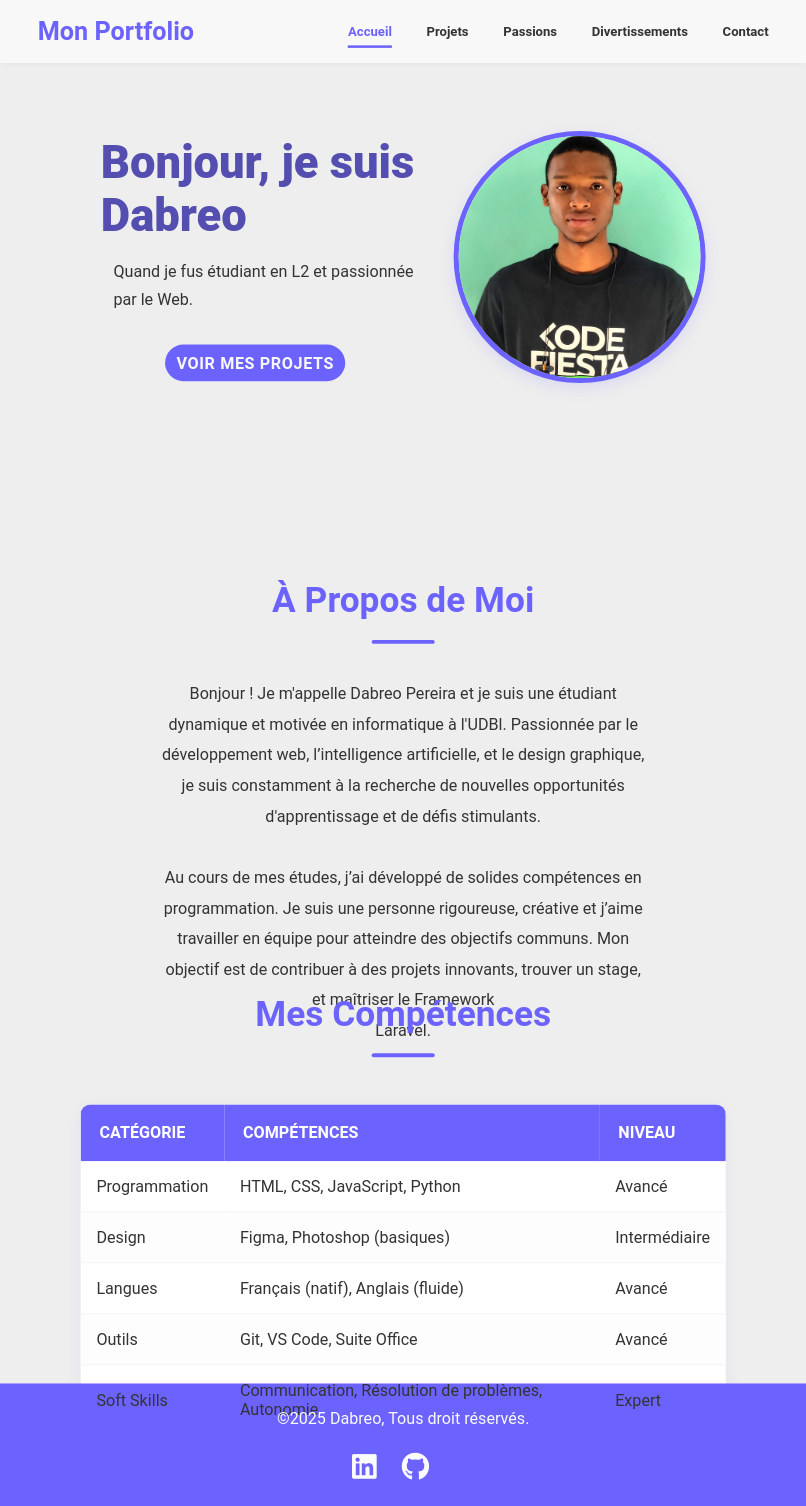
Repository: AnonymeDab/Mon_Porfolio
Page: index.html
An editor plug-in stored every save of this project. The page is shown before and after the next save, followed by the edit.
The browser window is 1280 px wide. The pictures show the whole page, at 63% of full size.

Above is the page before, as saved 2026-03-15 00:20:36.

### index.html
<!DOCTYPE html>
<html lang="fr">
<head>
    <meta charset="UTF-8">
    <title>Mon Portfolio</title>
    <link rel="stylesheet" href="style.css">
    <!-- FontAwesome pour les icônes réseaux sociaux -->
    <link rel="stylesheet" href="https://cdnjs.cloudflare.com/ajax/libs/font-awesome/6.4.2/css/all.min.css">
    <!-- <style>
        .mes_competences tbody tr {
            transition: background-color 0.3s ease, transform 0.2s ease;
        }

        .mes_competences tbody tr:hover {
            background-color: #f0f0f0;
            transform: translateY(-5px);
        }

        .mes_competences table td {
            background: transparent; /* <-- Important : laisse la couleur de fond à la ligne */
        }
    </style> -->
</head>
<body>
    <header>
        <h1>Mon Portfolio</h1>
        <nav>
            <ul class="lien_entete">
                <li><a href="index.html" class="active">Accueil</a></li>
                <li><a href="projets.html">Projets</a></li>
                <li><a href="passion.html">Passions</a></li>
                <li><a href="divertissements.html">Divertissements</a></li>
                <li><a href="contacts.html">Contact</a></li>
            </ul>
        </nav>
    </header>

    <section class="acceuil">
        <div class="contenue_acceuil">
            <h1>Bonjour, je suis Dabreo</h1>
            <p>Quand je fus étudiant en L2 et passionnée par le Web.</p>
            <div class="lien_entete">
                <a class="an" href="projets.html">VOIR MES PROJETS</a>
            </div>
        </div>
        <div class="image_acceuil">
            <img src="image/photo_retouchee_pro.png" alt="Image d'accueil">
        </div>

    </section>

    <section class="apropos">
        <h1>À Propos de Moi</h1>
        <p>Bonjour ! Je m'appelle Dabreo Pereira et je suis une étudiant
            dynamique et motivée en informatique à l'UDBl. Passionnée par
            le développement web, l’intelligence artificielle, et le design
            graphique, je suis constamment à la recherche de nouvelles opportunités
             d'apprentissage et de défis stimulants.<br><br>
            Au cours de mes études,
            j’ai développé de solides compétences
            en programmation. Je suis une personne rigoureuse,
            créative et j’aime travailler en équipe pour atteindre des
            objectifs communs. Mon objectif est de contribuer à des projets
            innovants, trouver un stage, et maîtriser le Framework <br> Laravel.</p>

    </section>

    <section class="mes_competences">
        <h1>Mes Compétences</h1>
        <table>
            <thead>
                <tr>
                    <th>CATÉGORIE</th>
                    <th>COMPÉTENCES</th>
                    <th>NIVEAU</th>
                </tr>
            </thead>
            <tbody>
                <tr>
                    <td>Programmation</td>
                    <td>HTML, CSS, JavaScript, Python</td>
                    <td>Avancé</td>
                </tr>
                <tr>
                    <td>Design</td>
                    <td>Figma, Photoshop (basiques)</td>
                    <td>Intermédiaire</td>
                </tr>
                <tr>
                    <td>Langues</td>
                    <td>Français (natif), Anglais (fluide)</td>
                    <td>Avancé</td>
                </tr>
                <tr>
                    <td>Outils</td>
                    <td>Git, VS Code, Suite Office</td>
                    <td>Avancé</td>
                </tr>
                <tr>
                    <td>Soft Skills</td>
                    <td>Communication, Résolution de problèmes, Autonomie</td>
                    <td>Expert</td>
                </tr>
            </tbody>

        </table>
    </section>

    <footer>
        ©2025 Dabreo, Tous droit réservés.
        <div class="lin_footer">
            <a href="https://www.linkedin.com/in/tonprofil" target="_blank">
                <i class="fab fa-linkedin fa-2x"></i>
            </a>
            <a href="https://github.com/tonprofil" target="_blank">
                <i class="fab fa-github fa-2x"></i>
            </a>
            <a href="https://twitter.com/tonprofil" target="_blank">
                <i class="fab fa-x-twitter fa-2x"></i>
            </a>
        </div>
    </footer>
</body>
</html>

### style.css
:root {
    --primary-color: #F8F8F8;
    --secondary-color: #6C63FF;
    --text-color: #333;
    --violet-fonce: #534EB0;
    --header-height: 100px;
    --footer-height: 120px;
    --gris-claire:#EEE;
    --gris-tres-claire:#F8F8F8;
    --orange-vif:#FFA726;
    --taille-ecrit:1.6rem;

}

* {
    margin: 0;
    padding: 0;
    box-sizing: border-box;
}

body {
    background: #EEE;
    font-family: 'Roboto', Arial, sans-serif;
    color: var(--text-color);
    min-height: 100vh;
}

/* ===== HEADER ===== */
header {
    width: 100%;
    height: var(--header-height);
    background: var(--primary-color);
    display: flex;
    align-items: center;
    justify-content: space-between;
    padding: 0 60px;
    box-shadow: 0 2px 10px rgba(0,0,0,0.05);
    position: sticky;
    top: 0;
    z-index: 1000;
}

header h1 {
    font-size: 2.5rem;
    color: var(--secondary-color);
    font-weight: bold;
}


.lien_entete {
    display: flex;
    gap: 30px;
    align-items: center;
    list-style: none;
}

ul li {
    margin-left: 25px;
}

.lien_entete a {
    color: var(--text-color);
    text-decoration: none;
    font-size: 1.3rem;
    font-weight: bold;
    padding: 10px 0;
    position: relative;
    /* border-bottom: 2px solid var(--secondary-color);
    border-bottom: 5px;*/
    transition: width 0.3s ease;
}


.lien_entete a:hover {
    color: var(--secondary-color);
    border-bottom: 4px solid var(--secondary-color);

}

.lien_entete a::after {
    width: 0;
    left: 0;
    bottom: 0;
    content: "";
    position: absolute;
    height: 2.5px;
    /* font-weight: bold; */
    background-color: var(--secondary-color);
    transition: width 0.3s ease;

}

.lien_entete a:hover a::after{
    width: 100%;
}

.lien_entete a.active {
    color: var(--secondary-color);
    border-bottom: 4px solid var(--secondary-color);


}

.lien_entete a.active a::after{
    width: 100%;
}


/* ===== ACCUEIL ===== */
.acceuil {
    width: 75%;
    height: 100vh;
    margin: -50px auto 150px auto;
    display: flex;
    align-items: center;
    justify-content: space-between;
    gap: 50px;
    min-height: 450px;
}

.contenue_acceuil {
    min-width: 40%;
    flex: 1;
    display: flex;
    flex-direction: column;
    justify-content: center;
}

.acceuil h1 {
    font-size: 4.5rem;
    color: var(--violet-fonce);
    font-weight: 800;
    margin-bottom: 25px;
}

.acceuil p {
    margin-left: 20px;
    font-size: var(--taille-ecrit);
    margin-bottom: 50px;
    line-height: 1.7;
}

.acceuil .an {
    background: var(--secondary-color);
    color: var(--primary-color);
    margin-left: 20%;
    display: inline-block;
    padding: 14px 18px;
    border-radius: 35px;
    font-weight: bold;
    font-size: 1.6rem;
    text-decoration: none;
    text-transform: uppercase;
    letter-spacing: 1px;
    cursor: pointer;
    /* box-shadow: 0 5px 20px rgba(108, 99, 255, 0.15); */
    transition: background-color 0.3s ease, transform 0.2s ease;
    width: fit-content;
    /* margin-top: 0.1rem; */
}
.acceuil .an:hover {
    background: var(--secondary-color);
    color: var(--primary-color);
    transform: translateY(-5px);
}

/* .acceuil .an:hover {
    background: var(--violet-fonce);
} */

.acceuil img {
    width: 400px;
    height: 400px;
    object-fit: cover;
    border-radius: 50%;
    border: 8px solid var(--secondary-color);
    box-shadow: 0 8px 24px rgba(108, 99, 255, 0.15);
}

/* ===== À PROPOS ===== */
.apropos {
    width: 60%;
    height: 80vh;
    margin: 80px auto;
    text-align: center;
}

.apropos h1 {
    font-size: 3.5rem;
    color: var(--secondary-color);
    margin-bottom: 20px;
    position: relative;
    padding-bottom: 15px;
}

.apropos h1::after {
    content: "";
    display: block;
    width: 100px;
    height: 6px;
    background: var(--secondary-color);
    margin: 30px auto 20px auto;
    border-radius: 4px;
}

.apropos p {
    font-size: var(--taille-ecrit);
    line-height: 1.9;
    margin-top: 20px;
}

/* ===== COMPÉTENCES ===== */
.mes_competences {
    width: 80%;
    height:75vh;
    margin: 80px auto;
    text-align: center;
}

.mes_competences h1 {
    font-size: 3.5rem;
    color: var(--secondary-color);
    margin-bottom: 15px;
    position: relative;
    padding-bottom: 25px;
}

.mes_competences h1::after {
    content: "";
    display: block;
    width: 100px;
    height: 6px;
    background: var(--secondary-color);
    margin: 30px auto 20px auto;
    border-radius: 4px;
}

.mes_competences table {
    width: 100%;
    border-collapse: collapse;
    margin-top: 30px;
    background: #fff;
    border-radius: 16px;
    overflow: hidden;
    box-shadow: 0 8px 24px rgba(108, 99, 255, 0.08);
    font-size: var(--taille-ecrit);
}

.mes_competences table th {
    background: var(--secondary-color);
    color: white;
    font-weight: 700;
    padding: 30px;
    text-align: left;
}

.mes_competences table td {
    padding: 25px;
    text-align: left;
    background: transparent; /* <-- Important : laisse la couleur de fond à la ligne */
    color: var(--text-color);
    border-bottom: 1.5px solid var(--gris-claire);
}

.mes_competences tbody tr:nth-child(even){
    background-color: #fdfdfd;
}

.mes_competences tbody tr{
    transition: background-color 0.3s ease, transform 0.2s ease;
}

.mes_competences tbody tr:hover{
    background-color: #f0f0f0;
    transform: translateY(-5px);
}

/* .mes_competences table tr:nth-child(4) td {
    border-bottom: none;
}

.mes_competences table tr:last-child td {
    border-bottom: none;
} */

/* ===== FOOTER ===== */
footer {
    width: 100%;
    background: var(--secondary-color);
    color: #fafbfd;
    display: flex;
    flex-direction: column;
    align-items: center;
    justify-content: center;
    padding: 40px 40px;
    font-size: var(--taille-ecrit);
    margin-top: 80px;
}

footer .lin_footer {
    display: flex;
    gap: 40px;
    margin-top: 40px;
}

footer .lin_footer a {
    color: #fafbfd;
    text-decoration: none;
    font-size: 1.4rem;
    transition: color 0.2s ease;
    transition: background-color 0.3s ease, transform 0.2s ease;

}

footer .lin_footer a:hover {
    color: var(--orange-vif);
    transform: translateY(-3px);
}

/* ===== RESPONSIVE ===== */
@media (max-width: 1100px) {
    .acceuil {
        flex-direction: column;
        text-align: center;
    }

    .acceuil img {
        margin-top: 30px;
    }

    .apropos, .mes_competences {
        width: 90%;
    }

    .mes_competences table {
        font-size: 1rem;
    }
}

After the next save:
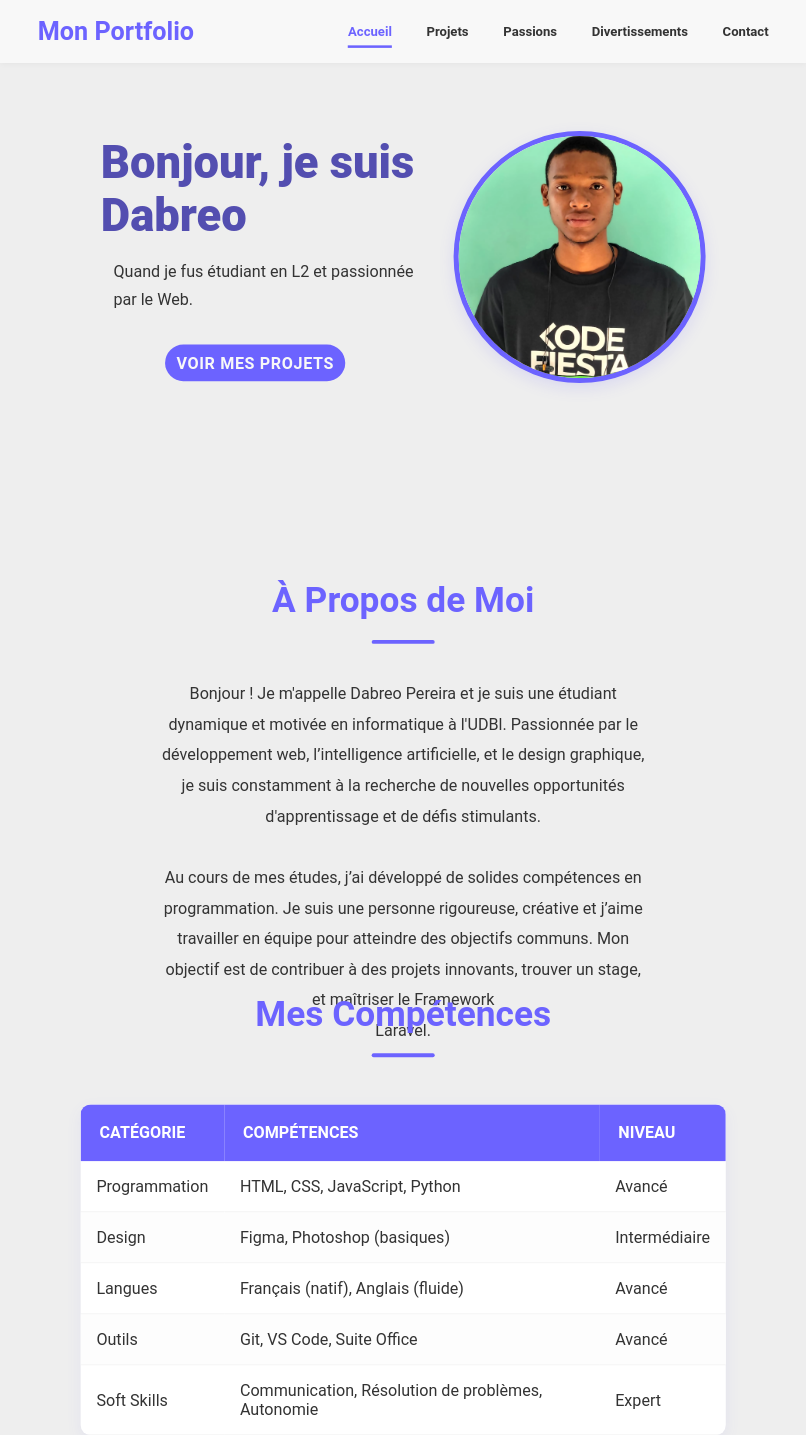
Saved 16 s later.
--- a/index.html
+++ b/index.html
@@ -106,19 +106,6 @@
         </table>
     </section>
 
-    <footer>
-        ©2025 Dabreo, Tous droit réservés.
-        <div class="lin_footer">
-            <a href="https://www.linkedin.com/in/tonprofil" target="_blank">
-                <i class="fab fa-linkedin fa-2x"></i>
-            </a>
-            <a href="https://github.com/tonprofil" target="_blank">
-                <i class="fab fa-github fa-2x"></i>
-            </a>
-            <a href="https://twitter.com/tonprofil" target="_blank">
-                <i class="fab fa-x-twitter fa-2x"></i>
-            </a>
-        </div>
-    </footer>
+
 </body>
 </html>

After the save that followed:
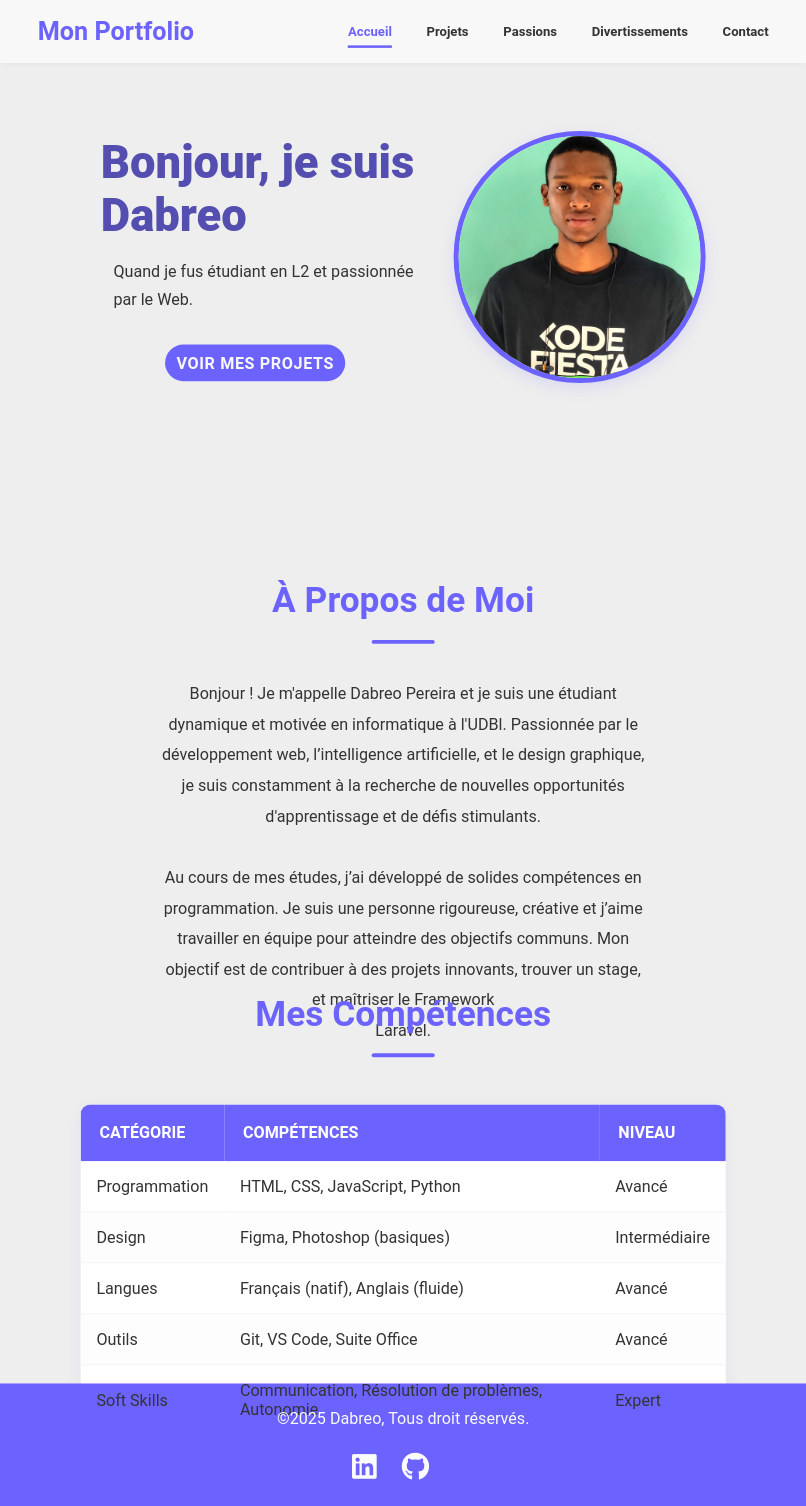
Saved 18 s later.
--- a/index.html
+++ b/index.html
@@ -106,6 +106,19 @@
         </table>
     </section>
 
-
+    <footer>
+        ©2025 Dabreo, Tous droit réservés.
+        <div class="lin_footer">
+            <a href="https://www.linkedin.com/in/tonprofil" target="_blank">
+                <i class="fab fa-linkedin fa-2x"></i>
+            </a>
+            <a href="https://github.com/tonprofil" target="_blank">
+                <i class="fab fa-github fa-2x"></i>
+            </a>
+            <a href="https://twitter.com/tonprofil" target="_blank">
+                <i class="fab fa-x-twitter fa-2x"></i>
+            </a>
+        </div>
+    </footer>
 </body>
 </html>
